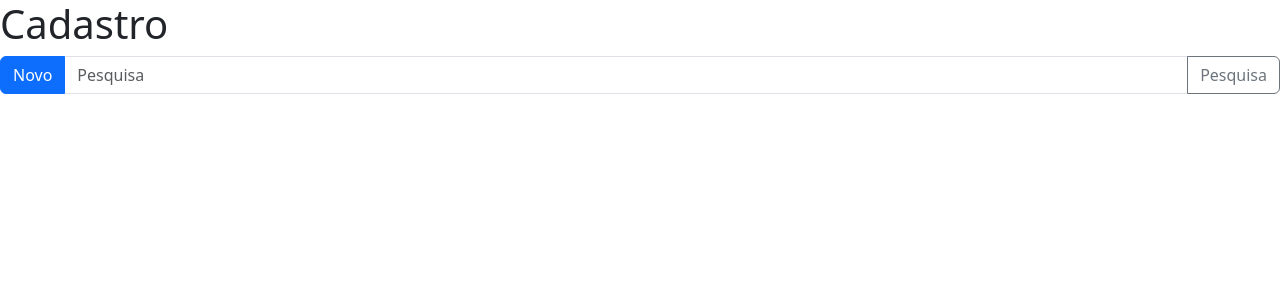
Repository: marcolino-t/Desenvolvimento_Web
Page: OlaMundo2/src/main/webapp/cadastroapi/pessoa.html
An editor plug-in stored every save of this project. The page is shown before and after the next save, followed by the edit.
The browser window is 1280 px wide. The pictures show the whole page.

Above is the page before, as saved 2024-11-19 23:07:38.
Console error: SyntaxError: Unexpected token '}'

After the next save:
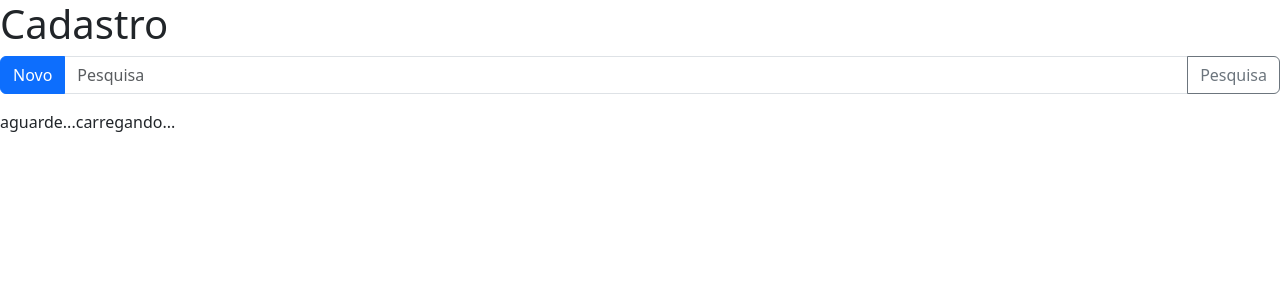
Console error: TypeError: Cannot read properties of undefined (reading 'ElementeById')
Saved 4 s later.
--- a/OlaMundo2/src/main/webapp/cadastroapi/pessoa.html
+++ b/OlaMundo2/src/main/webapp/cadastroapi/pessoa.html
@@ -112,8 +112,7 @@
 
 			let pesquisa= document.get.ElementeById("pesquisa").value;
 			let body = JSON.stringfy()
-					pesquisa.pesquisa
-			}
+
 			fetch("../PessoaAPI")
 				.then(resp => resp.json())
 				.then(dados => mostrar(dados));
